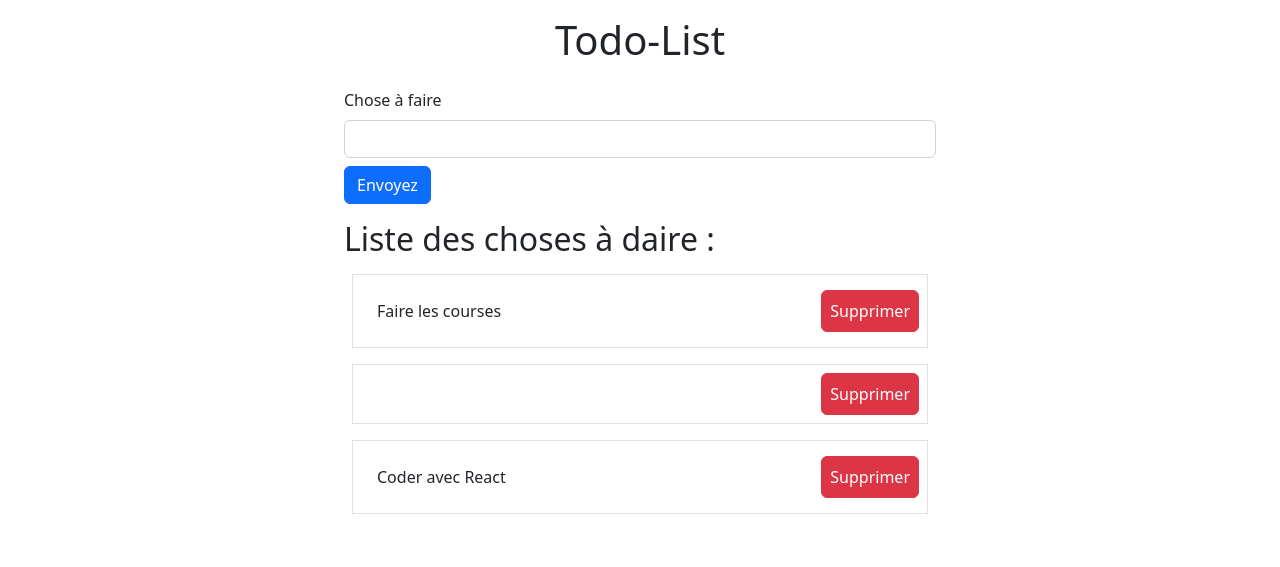
Repository: Michelhof1978/toDoListReact
Page: / (app in APPLICATION/)
An editor plug-in stored every save of this project. The page is shown before and after the next save, followed by the edit.
The browser window is 1280 px wide. The pictures show the whole page.
The project was rebuilt for these pictures with package versions that can differ from the ones it lists, and the page was loaded fresh each time.

Above is the page before, as saved 2023-05-17 17:20:31.

After the next save:
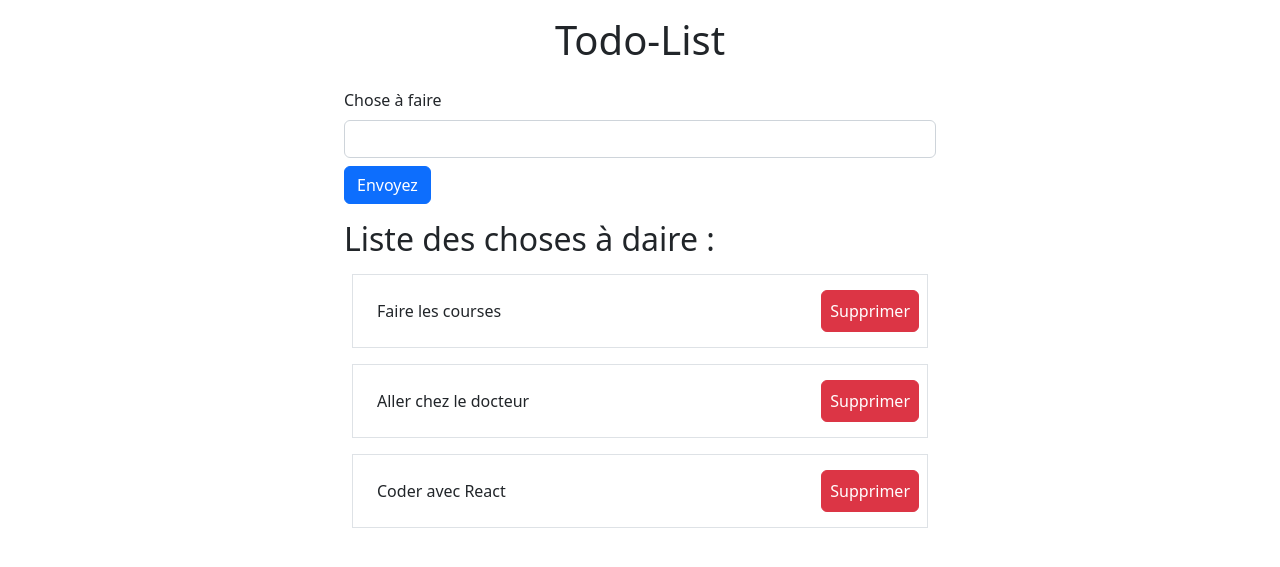
Saved 10 s later.
--- a/APPLICATION/src/Components/Form.js
+++ b/APPLICATION/src/Components/Form.js
@@ -7,7 +7,7 @@ export default function Form(){
     //State
     const [dataArray, setDataArray] = useState([//Création du state sous forme de tableau
         {txt: "Faire les courses" , id: uuidv4()}, //On execute uuid pour que les items par la suite soient bien indexés et avoir un Id unique
-        {txt: "" , id: uuidv4()},//L'Id unique sera sous forme '9b1deb4d-3b7d-4bad-9bdd-2b0d7b3dcb6d'
+        {txt: "Aller chez le docteur" , id: uuidv4()},//L'Id unique sera sous forme '9b1deb4d-3b7d-4bad-9bdd-2b0d7b3dcb6d'
         {txt: "Coder avec React" , id: uuidv4()},
     ])
 
